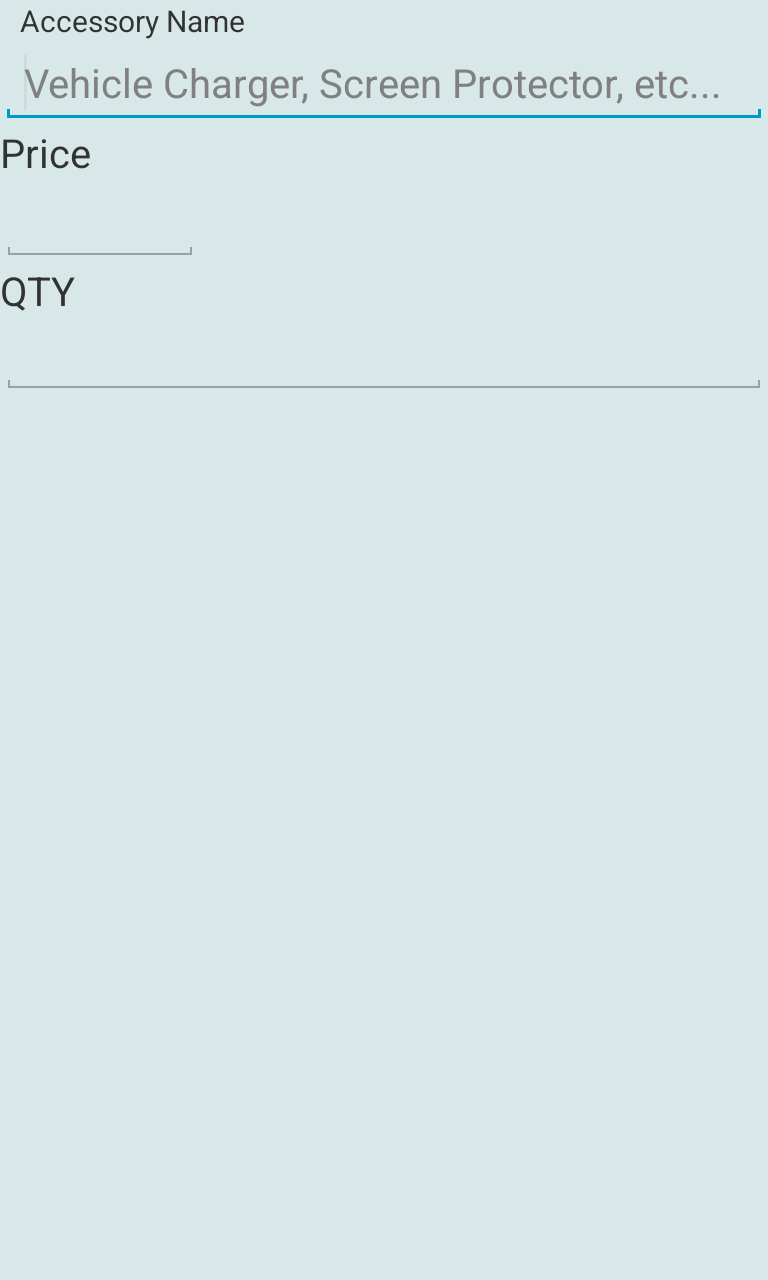
Repository: jemcphe/XCell
Layout: XCell/res/layout/frag_accessories.xml
The author's editor kept a copy of each file at every save. The layout is drawn from the files as they stood at one save, then again after the next save.
It is drawn on a 768 x 1280 px phone screen (xhdpi) without system bars, with theme Theme.Xcell; the app's code is not run.

Above is the layout before, as saved 2013-08-16 02:38:27.

### XCell/res/layout/frag_accessories.xml
<?xml version="1.0" encoding="utf-8"?>
<LinearLayout xmlns:android="http://schemas.android.com/apk/res/android"
    android:id="@+id/frag_accessories"
    android:layout_width="match_parent"
    android:layout_height="match_parent"
    android:background="@color/background_xcell"
    android:orientation="vertical" >

    <TextView
        android:layout_width="300dp"
        android:layout_height="wrap_content"
        android:textSize="15sp"
        android:layout_marginLeft="10dp"
        android:text="Accessory Name"/>

    <EditText
        android:id="@+id/editText1"
        android:layout_width="match_parent"
        android:layout_height="wrap_content"
        android:hint="Vehicle Charger, Screen Protector, etc..."
        android:textSize="20sp">

        <requestFocus />
    </EditText>

    <TextView
        android:id="@+id/textView1"
        android:layout_width="wrap_content"
        android:layout_height="wrap_content"
        android:text="Price"
        android:textSize="20sp" />

    <EditText
        android:id="@+id/editText2"
        android:layout_width="100dp"
        android:layout_height="wrap_content"
        android:textSize="20sp"
        android:inputType="numberDecimal" />

    <TextView
        android:id="@+id/textView2"
        android:layout_width="wrap_content"
        android:layout_height="wrap_content"
        android:text="QTY"
        android:textSize="20sp" />

    <EditText
        android:id="@+id/editText3"
        android:layout_width="match_parent"
        android:layout_height="wrap_content"
        android:ems="10"
        android:inputType="number" />

</LinearLayout>

### XCell/res/values/styles_xcell.xml
<?xml version="1.0" encoding="utf-8"?>

<resources>

    <style name="Theme.Xcell" parent="@android:style/Theme.Holo.Light">
        <item name="android:actionBarItemBackground">@drawable/selectable_background_xcell</item>
        <item name="android:popupMenuStyle">@style/PopupMenu.Xcell</item>
        <item name="android:dropDownListViewStyle">@style/DropDownListView.Xcell</item>
        <item name="android:actionBarTabStyle">@style/ActionBarTabStyle.Xcell</item>
        <item name="android:actionDropDownStyle">@style/DropDownNav.Xcell</item>
        <item name="android:actionBarStyle">@style/ActionBar.Solid.Xcell</item>
        <item name="android:actionModeBackground">@drawable/cab_background_top_xcell</item>
        <item name="android:actionModeSplitBackground">@drawable/cab_background_bottom_xcell</item>
        <item name="android:actionModeCloseButtonStyle">@style/ActionButton.CloseMode.Xcell</item>


    </style>

    <style name="ActionBar.Solid.Xcell" parent="@android:style/Widget.Holo.Light.ActionBar.Solid">
        <item name="android:background">@drawable/ab_background_textured_xcell</item>
        <item name="android:backgroundStacked">@drawable/ab_stacked_solid_xcell</item>
        <item name="android:backgroundSplit">@drawable/ab_background_textured_xcell</item>
        <item name="android:progressBarStyle">@style/ProgressBar.Xcell</item>
    </style>

    <style name="ActionBar.Transparent.Xcell" parent="@android:style/Widget.Holo.Light.ActionBar">
        <item name="android:background">@drawable/ab_transparent_xcell</item>
        <item name="android:progressBarStyle">@style/ProgressBar.Xcell</item>
    </style>

    <style name="PopupMenu.Xcell" parent="@android:style/Widget.Holo.Light.ListPopupWindow">
        <item name="android:popupBackground">@drawable/menu_dropdown_panel_xcell</item>
    </style>

    <style name="DropDownListView.Xcell" parent="@android:style/Widget.Holo.Light.ListView.DropDown">
        <item name="android:listSelector">@drawable/selectable_background_xcell</item>
    </style>

    <style name="ActionBarTabStyle.Xcell" parent="@android:style/Widget.Holo.Light.ActionBar.TabView">
        <item name="android:background">@drawable/tab_indicator_ab_xcell</item>
    </style>

    <style name="DropDownNav.Xcell" parent="@android:style/Widget.Holo.Light.Spinner">
        <item name="android:background">@drawable/spinner_background_ab_xcell</item>
        <item name="android:popupBackground">@drawable/menu_dropdown_panel_xcell</item>
        <item name="android:dropDownSelector">@drawable/selectable_background_xcell</item>
    </style>

    <style name="ProgressBar.Xcell" parent="@android:style/Widget.Holo.Light.ProgressBar.Horizontal">
        <item name="android:progressDrawable">@drawable/progress_horizontal_xcell</item>
    </style>

    <style name="ActionButton.CloseMode.Xcell" parent="@android:style/Widget.Holo.Light.ActionButton.CloseMode">
        <item name="android:background">@drawable/btn_cab_done_xcell</item>
    </style>

    <!-- this style is only referenced in a Light.DarkActionBar based theme -->
    <style name="Theme.Xcell.Widget" parent="@android:style/Theme.Holo">
        <item name="android:popupMenuStyle">@style/PopupMenu.Xcell</item>
        <item name="android:dropDownListViewStyle">@style/DropDownListView.Xcell</item>
    </style>

</resources>

### XCell/res/drawable/selectable_background_xcell.xml
<?xml version="1.0" encoding="utf-8"?>
<!-- File created by the Android Action Bar Style Generator

     Copyright (C) 2011 The Android Open Source Project
     Copyright (C) 2012 readyState Software Ltd

     Licensed under the Apache License, Version 2.0 (the "License");
     you may not use this file except in compliance with the License.
     You may obtain a copy of the License at

          http://www.apache.org/licenses/LICENSE-2.0

     Unless required by applicable law or agreed to in writing, software
     distributed under the License is distributed on an "AS IS" BASIS,
     WITHOUT WARRANTIES OR CONDITIONS OF ANY KIND, either express or implied.
     See the License for the specific language governing permissions and
     limitations under the License.
-->

<selector xmlns:android="http://schemas.android.com/apk/res/android"
        android:exitFadeDuration="@android:integer/config_mediumAnimTime" >
    <item android:state_pressed="false" android:state_focused="true" android:drawable="@drawable/list_focused_xcell" />
    <item android:state_pressed="true" android:drawable="@drawable/pressed_background_xcell" />
    <item android:drawable="@android:color/transparent" />
</selector>

### XCell/res/drawable/btn_cab_done_xcell.xml
<?xml version="1.0" encoding="utf-8"?>
<!-- File created by the Android Action Bar Style Generator

     Copyright (C) 2011 The Android Open Source Project
     Copyright (C) 2012 readyState Software Ltd

     Licensed under the Apache License, Version 2.0 (the "License");
     you may not use this file except in compliance with the License.
     You may obtain a copy of the License at

          http://www.apache.org/licenses/LICENSE-2.0

     Unless required by applicable law or agreed to in writing, software
     distributed under the License is distributed on an "AS IS" BASIS,
     WITHOUT WARRANTIES OR CONDITIONS OF ANY KIND, either express or implied.
     See the License for the specific language governing permissions and
     limitations under the License.
-->

<selector xmlns:android="http://schemas.android.com/apk/res/android">
    <item android:state_pressed="true"
        android:drawable="@drawable/btn_cab_done_pressed_xcell" />
    <item android:state_focused="true" android:state_enabled="true"
        android:drawable="@drawable/btn_cab_done_focused_xcell" />
    <item android:state_enabled="true"
        android:drawable="@drawable/btn_cab_done_default_xcell" />
</selector>

### XCell/res/drawable/ab_background_textured_xcell.xml
<?xml version="1.0" encoding="utf-8"?>
<!-- File created by the Android Action Bar Style Generator

     Copyright (C) 2012 readyState Software Ltd

     Licensed under the Apache License, Version 2.0 (the "License");
     you may not use this file except in compliance with the License.
     You may obtain a copy of the License at

          http://www.apache.org/licenses/LICENSE-2.0

     Unless required by applicable law or agreed to in writing, software
     distributed under the License is distributed on an "AS IS" BASIS,
     WITHOUT WARRANTIES OR CONDITIONS OF ANY KIND, either express or implied.
     See the License for the specific language governing permissions and
     limitations under the License.
-->

<bitmap xmlns:android="http://schemas.android.com/apk/res/android"
    android:src="@drawable/ab_texture_tile_xcell"
    android:tileMode="repeat" />

### XCell/res/drawable/progress_horizontal_xcell.xml
<?xml version="1.0" encoding="utf-8"?>
<!-- File created by the Android Action Bar Style Generator

     Copyright (C) 2011 The Android Open Source Project
     Copyright (C) 2012 readyState Software Ltd

     Licensed under the Apache License, Version 2.0 (the "License");
     you may not use this file except in compliance with the License.
     You may obtain a copy of the License at

          http://www.apache.org/licenses/LICENSE-2.0

     Unless required by applicable law or agreed to in writing, software
     distributed under the License is distributed on an "AS IS" BASIS,
     WITHOUT WARRANTIES OR CONDITIONS OF ANY KIND, either express or implied.
     See the License for the specific language governing permissions and
     limitations under the License.
-->

<layer-list xmlns:android="http://schemas.android.com/apk/res/android">

    <item android:id="@android:id/background"
          android:drawable="@drawable/progress_bg_xcell" />

    <item android:id="@android:id/secondaryProgress">
        <scale android:scaleWidth="100%"
               android:drawable="@drawable/progress_secondary_xcell" />
    </item>

    <item android:id="@android:id/progress">
        <scale android:scaleWidth="100%"
               android:drawable="@drawable/progress_primary_xcell" />
    </item>

</layer-list>

### XCell/res/drawable/spinner_background_ab_xcell.xml
<?xml version="1.0" encoding="utf-8"?>
<!-- File created by the Android Action Bar Style Generator

     Copyright (C) 2011 The Android Open Source Project
     Copyright (C) 2012 readyState Software Ltd

     Licensed under the Apache License, Version 2.0 (the "License");
     you may not use this file except in compliance with the License.
     You may obtain a copy of the License at

          http://www.apache.org/licenses/LICENSE-2.0

     Unless required by applicable law or agreed to in writing, software
     distributed under the License is distributed on an "AS IS" BASIS,
     WITHOUT WARRANTIES OR CONDITIONS OF ANY KIND, either express or implied.
     See the License for the specific language governing permissions and
     limitations under the License.
-->

<selector xmlns:android="http://schemas.android.com/apk/res/android">
    <item android:state_enabled="false"
        android:drawable="@drawable/spinner_ab_disabled_xcell" />
    <item android:state_pressed="true"
        android:drawable="@drawable/spinner_ab_pressed_xcell" />
    <item android:state_pressed="false" android:state_focused="true"
        android:drawable="@drawable/spinner_ab_focused_xcell" />
    <item android:drawable="@drawable/spinner_ab_default_xcell" />
</selector>

### XCell/res/drawable/tab_indicator_ab_xcell.xml
<?xml version="1.0" encoding="utf-8"?>
<!-- File created by the Android Action Bar Style Generator

     Copyright (C) 2011 The Android Open Source Project
     Copyright (C) 2012 readyState Software Ltd

     Licensed under the Apache License, Version 2.0 (the "License");
     you may not use this file except in compliance with the License.
     You may obtain a copy of the License at

          http://www.apache.org/licenses/LICENSE-2.0

     Unless required by applicable law or agreed to in writing, software
     distributed under the License is distributed on an "AS IS" BASIS,
     WITHOUT WARRANTIES OR CONDITIONS OF ANY KIND, either express or implied.
     See the License for the specific language governing permissions and
     limitations under the License.
-->

<selector xmlns:android="http://schemas.android.com/apk/res/android">
    <!-- Non focused states -->
    <item android:state_focused="false" android:state_selected="false" android:state_pressed="false" android:drawable="@android:color/transparent" />
    <item android:state_focused="false" android:state_selected="true"  android:state_pressed="false" android:drawable="@drawable/tab_selected_xcell" />

    <!-- Focused states -->
    <item android:state_focused="true" android:state_selected="false" android:state_pressed="false" android:drawable="@drawable/tab_unselected_focused_xcell" />
    <item android:state_focused="true" android:state_selected="true"  android:state_pressed="false" android:drawable="@drawable/tab_selected_focused_xcell" />

    <!-- Pressed -->
    <!--    Non focused states -->
    <item android:state_focused="false" android:state_selected="false" android:state_pressed="true" android:drawable="@drawable/tab_unselected_pressed_xcell" />
    <item android:state_focused="false" android:state_selected="true"  android:state_pressed="true" android:drawable="@drawable/tab_selected_pressed_xcell" />

    <!--    Focused states -->
    <item android:state_focused="true" android:state_selected="false" android:state_pressed="true" android:drawable="@drawable/tab_unselected_pressed_xcell" />
    <item android:state_focused="true" android:state_selected="true"  android:state_pressed="true" android:drawable="@drawable/tab_selected_pressed_xcell" />
</selector>

### XCell/res/drawable/pressed_background_xcell.xml
<?xml version="1.0" encoding="utf-8"?>
<!-- File created by the Android Action Bar Style Generator

     Copyright (C) 2011 The Android Open Source Project
     Copyright (C) 2012 readyState Software Ltd

     Licensed under the Apache License, Version 2.0 (the "License");
     you may not use this file except in compliance with the License.
     You may obtain a copy of the License at

          http://www.apache.org/licenses/LICENSE-2.0

     Unless required by applicable law or agreed to in writing, software
     distributed under the License is distributed on an "AS IS" BASIS,
     WITHOUT WARRANTIES OR CONDITIONS OF ANY KIND, either express or implied.
     See the License for the specific language governing permissions and
     limitations under the License.
-->

<shape xmlns:android="http://schemas.android.com/apk/res/android" android:shape="rectangle">
    <solid android:color="@color/pressed_xcell" />
</shape>

### XCell/res/values/colors_xcell.xml
<?xml version="1.0" encoding="utf-8"?>
<!-- File created by the Android Action Bar Style Generator

     Copyright (C) 2011 The Android Open Source Project
     Copyright (C) 2012 readyState Software Ltd

     Licensed under the Apache License, Version 2.0 (the "License");
     you may not use this file except in compliance with the License.
     You may obtain a copy of the License at

          http://www.apache.org/licenses/LICENSE-2.0

     Unless required by applicable law or agreed to in writing, software
     distributed under the License is distributed on an "AS IS" BASIS,
     WITHOUT WARRANTIES OR CONDITIONS OF ANY KIND, either express or implied.
     See the License for the specific language governing permissions and
     limitations under the License.
-->

<resources>
    <color name="pressed_xcell">#CC33B5E5</color>
    <color name="background_xcell">#d8e8e8</color>
    <color name="xcell_blue">#12679b</color>
</resources>

After the next save:
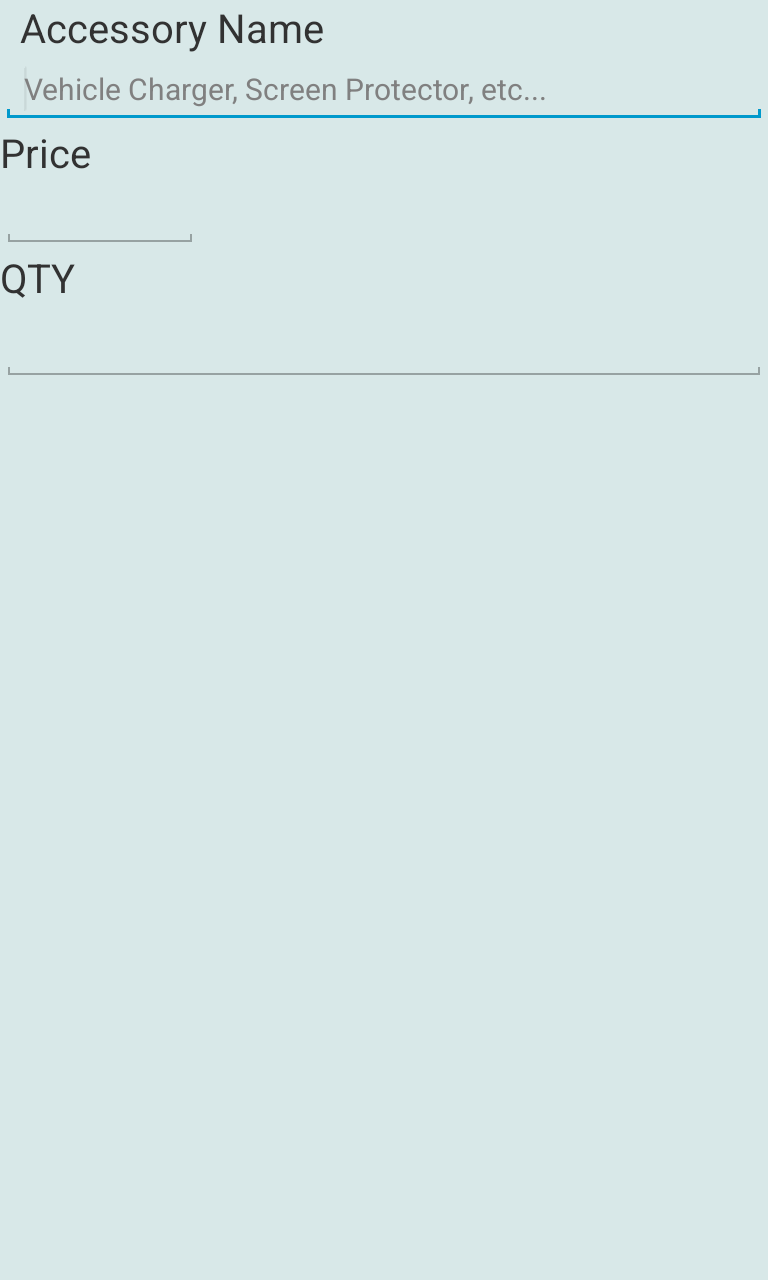
Saved 38 s later.
--- a/XCell/res/layout/frag_accessories.xml
+++ b/XCell/res/layout/frag_accessories.xml
@@ -9,7 +9,7 @@
     <TextView
         android:layout_width="300dp"
         android:layout_height="wrap_content"
-        android:textSize="15sp"
+        android:textSize="20sp"
         android:layout_marginLeft="10dp"
         android:text="Accessory Name"/>
 
@@ -18,7 +18,7 @@
         android:layout_width="match_parent"
         android:layout_height="wrap_content"
         android:hint="Vehicle Charger, Screen Protector, etc..."
-        android:textSize="20sp">
+        android:textSize="15sp">
 
         <requestFocus />
     </EditText>
@@ -34,7 +34,7 @@
         android:id="@+id/editText2"
         android:layout_width="100dp"
         android:layout_height="wrap_content"
-        android:textSize="20sp"
+        android:textSize="15sp"
         android:inputType="numberDecimal" />
 
     <TextView
